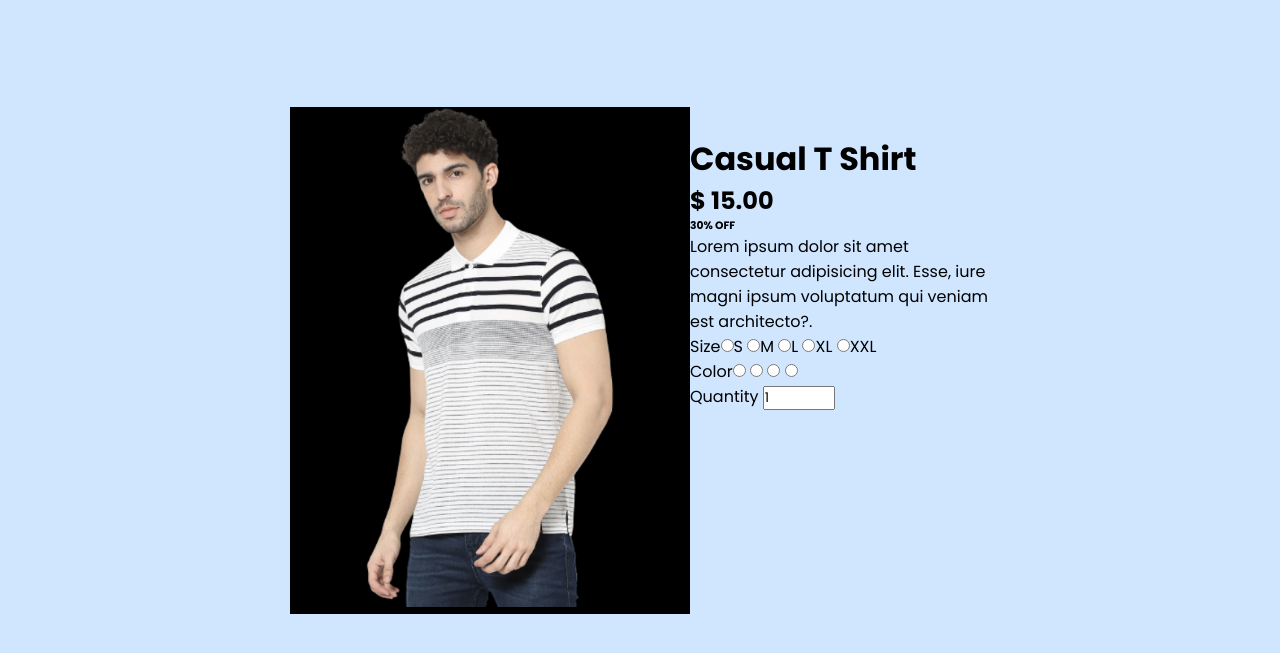
Repository: Ankitkr2021/Product-Page
Page: index.html
An editor plug-in stored every save of this project. The page is shown before and after the next save, followed by the edit.
The browser window is 1280 px wide. The pictures show the whole page.

Above is the page before, as saved 2025-10-24 10:47:46.

### index.html
<!DOCTYPE html>
<html lang="en">
<head>
    <meta charset="UTF-8">
    <meta name="viewport" content="width=device-width, initial-scale=1.0">
    <title>Product Page Design</title>
    <link rel="stylesheet" href="./style.css">
</head>
<body>
    <div class="main">
    <div class="left">
    <div class="image1"><img src="./images/image1.png" alt=""></div>
    <div class="image2"></div>
    <div class="image3"></div>
    </div>
    <div class="right">
        <h1>Casual T Shirt</h1>
        <h2>$ 15.00</h2>
        <h6>30% OFF</h6>
        <p>Lorem ipsum dolor sit amet consectetur adipisicing elit. Esse, iure magni ipsum voluptatum qui veniam est architecto?.</p>
       <label>Size<input type="radio" name="size" value="s">S</label>
        <label><input type="radio" name="size" value="m">M</label>
        <label><input type="radio" name="size" value="l">L</label>
        <label><input type="radio" name="size" value="xl">XL</label>
        <label><input type="radio" name="size" value="xxl">XXL</label>

        <div class="color">
        <label>Color<input type="radio" name="color" value="red"></label>
        <label><input type="radio" name="color" value="green"></label>
        <label><input type="radio" name="color" value="blue"></label>
        <label><input type="radio" name="color" value="pink"></label>
        </div>

        <div class="quantity">
            <label>Quantity</label>
             <input type="number" id="qty" name="qty" min="1" max="10" value="1">
        </div>
    </div>
    </div>
</body>
</html>

### style.css
@import url("https://fonts.googleapis.com/css2?family=Poppins:wght@400;700&display=swap");

*{
    margin: 0;
    padding: 0;
    box-sizing: border-box;
    font-family: "Poppins",sans-serif;
}

.main {
    display: flex;
    align-items: center;
    justify-content: center;
    height: 100vh;
    width: 100%;
    background: rgba(187, 219, 255, 0.692);
}

.left {
    background: #000;
}

.left img {
    height: 500px;
    width: 400px;
}

.right{
    height: 450px;
    width: 300px;
    /* background: greenyellow; */
}

After the next save:
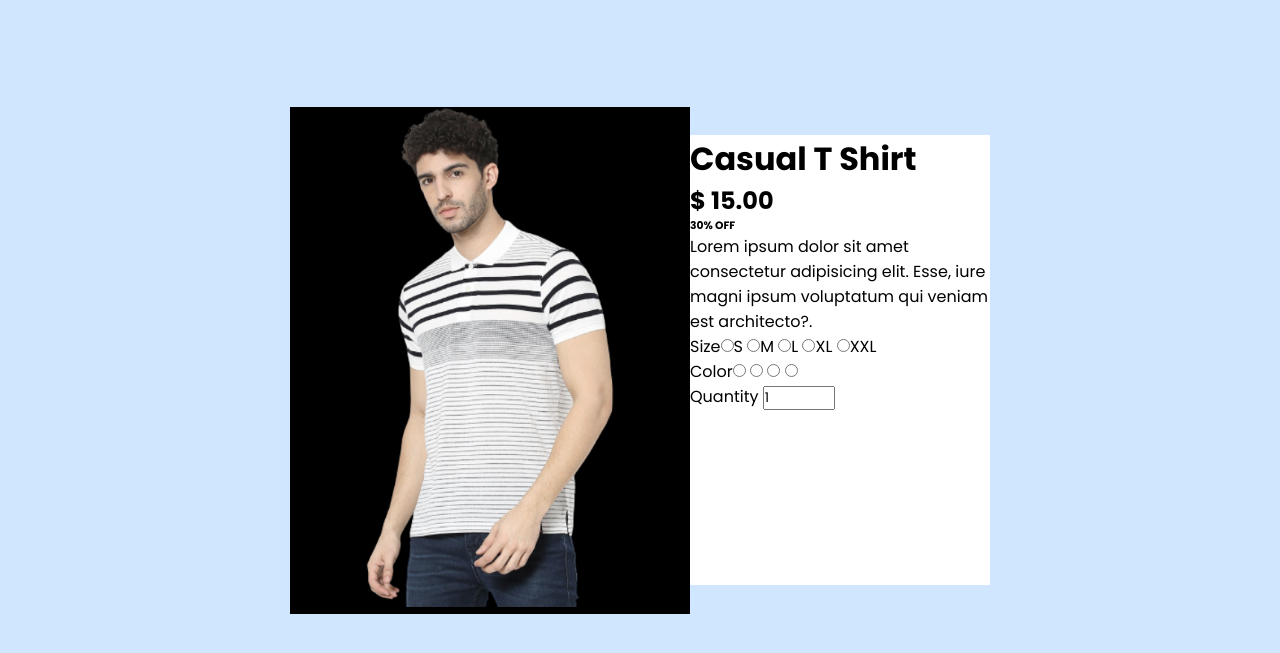
Saved 6 s later.
--- a/style.css
+++ b/style.css
@@ -28,5 +28,5 @@
 .right{
     height: 450px;
     width: 300px;
-    /* background: greenyellow; */
+    background: #fff;
 }
